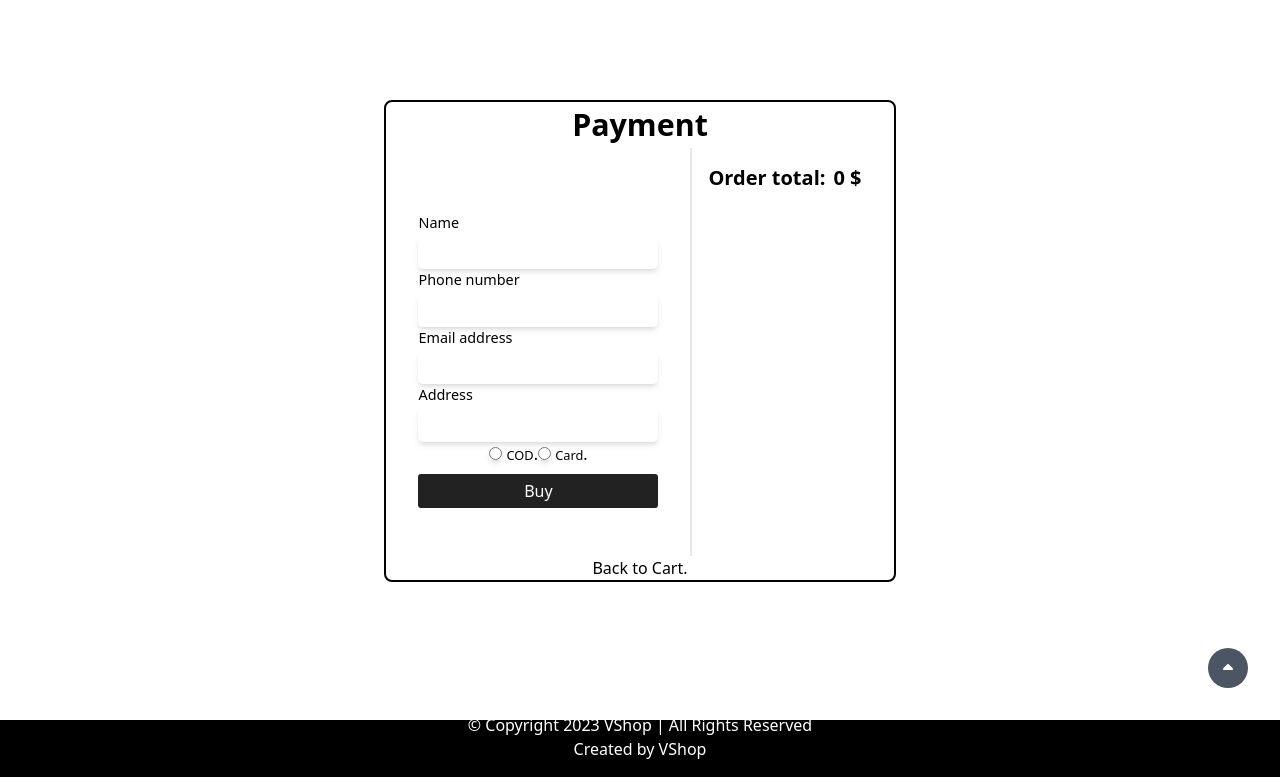
Repository: Kith933UTH/VSHOP
Page: /private/payment
The author's editor kept a copy of each file at every save. The page is drawn from the files as they stood at one save, then again after the next save.
The browser window is 1280 px wide. The pictures show the whole page.
Pictures or frames that could not be fetched are drawn as grey boxes. The project was rebuilt for these pictures with package versions that can differ from the ones it lists, and the page was loaded fresh each time. Also part of the build but not shown: src/components/product-item/ProductItem.js, src/components/loader/Loader.js, src/constants/constants.js, src/components/product-filters/Category.js, src/components/product-filters/Price.js, src/components/product-filters/Rating.js, src/components/product-filters/ProductFilters.js, src/components/cart-shopping/CartEmpty.js and 20 more.

Above is the page before, as saved 2023-08-04 22:23:00.

### public/index.html
<!DOCTYPE html>
<html lang="en">
  <head>
    <meta charset="utf-8" />
    <link rel="icon" href="./logo.png" />
    <meta name="viewport" content="width=device-width, initial-scale=1" />
    <meta name="theme-color" content="#000000" />
    <meta
      name="description"
      content="Web site created using create-react-app"
    />
    <link rel="apple-touch-icon" href="%PUBLIC_URL%/logo192.png" />
    <!--
      manifest.json provides metadata used when your web app is installed on a
      user's mobile device or desktop. See https://developers.google.com/web/fundamentals/web-app-manifest/
    -->
    <link rel="manifest" href="%PUBLIC_URL%/manifest.json" />
    <!--
      Notice the use of %PUBLIC_URL% in the tags above.
      It will be replaced with the URL of the `public` folder during the build.
      Only files inside the `public` folder can be referenced from the HTML.

      Unlike "/favicon.ico" or "favicon.ico", "%PUBLIC_URL%/favicon.ico" will
      work correctly both with client-side routing and a non-root public URL.
      Learn how to configure a non-root public URL by running `npm run build`.
    -->
    <title>VShop</title>
  </head>
  <body>
    <noscript>You need to enable JavaScript to run this app.</noscript>
    <div id="root"></div>
  </body>
</html>

### src/index.js
import React from 'react'
import ReactDOM from 'react-dom/client'
import App from './App'
import {Provider} from "react-redux"
import {BrowserRouter} from "react-router-dom"
import {store} from "./redux"
import './index.css'

const root = ReactDOM.createRoot(document.getElementById('root'))
root.render(
    <Provider store={store}>
        <BrowserRouter>
            <App />
        </BrowserRouter>
    </Provider>
)

### src/redux/index.js
import {configureStore} from "@reduxjs/toolkit"
import {productsApi} from "./products/products.api"
import {productReducer} from "./products/products.slice"
import {setupListeners} from "@reduxjs/toolkit/query"

export const store = configureStore({
    reducer: {
        [productsApi.reducerPath]: productsApi.reducer,
        product: productReducer
    },
    middleware: getDefaultMiddleware => getDefaultMiddleware().concat(productsApi.middleware)
})

setupListeners(store.dispatch)

### src/index.css
@tailwind base;
@tailwind components;
@tailwind utilities;

@layer utilities {
    input[type="number"]::-webkit-inner-spin-button,
    input[type="number"]::-webkit-outer-spin-button {
        @apply appearance-none;
    }
}

html, body {
    width: 100%;
    height: 100%;
}

body::-webkit-scrollbar,
.box-item::-webkit-scrollbar,
.search-box::-webkit-scrollbar{
    width: 8px;
}

main {
    display: flex;
    flex-direction: column;
    height: 100%;
}

body::-webkit-scrollbar-thumb,
.box-item::-webkit-scrollbar-thumb,
.search-box::-webkit-scrollbar-thumb{
    background-color: #ccc;
    border-radius: 20px;
}

#root {
    height: 100%;
}

body {
    overflow: hidden;
}

.productItem:hover {
    transition: opacity .3s linear;
    opacity: .5;
}

.box-item {
    height: 320px;
    overflow-y: scroll;
}

/* Loader */
.loader-box {
    width: 100px;
    height: 100px;
    display: flex;
    justify-content: center;
    align-items: center;
    margin: 50px auto 0;
}

.loader{
    position: relative;
    width: 70px;
    height: 70px;
}

.loader span {
    position: absolute;
    top:0;
    left: 0;
    width: 100%;
    height: 100%;
    transform: rotate(calc(18deg * var(--i)));
}

.loader span::before {
    content:'';
    position: absolute;
    top: 0;
    left: 0;
    width: 10px;
    height: 10px;
    background: #000;
    border-radius: 50%;
    transform: scale(0);
    animation: animate 2s linear infinite;
    animation-delay: calc(0.1s * var(--i));
}
@keyframes animate {
    0%{
        transform: scale(0);
    }
    10%{
        transform: scale(1.2);
    }
    80%,100%{
        transform: scale(0);
    }
}

### src/context/context.js
import {createContext} from "react"

export const Context = createContext()

### src/components/footer/Footer.js
import React from "react"
import { Contact } from "../contact/Contact"
import { Policy } from "../policy/Policy"
export function Footer() {
    return (
        <footer className='bg-black text-white in-h-fit'>
            {/* <div className='max-w-[1240px] mx-auto py-2 text-sm sm:text-base'>
                <div className='flex justify-center'>
                    <a href='https://github.com/VolodymyrGoshko/react-shop'
                       target='_blank'
                       rel="noreferrer"
                       className='capitalize border-b mb-3 text-base hover:text-gray-300 transition'
                    >
                        view source code on github
                    </a>
                </div>
                <div className='flex justify-center flex-col items-center'>
                    <p className='text-center'>© Copyright 2022 React Shop | All Rights Reserved</p>
                    <a href='https://www.linkedin.com/in/volodymyr-goshko-656ab920b/'
                       target="_blank"
                       rel="noreferrer"
                       className='hover:text-gray-300 transition'
                    >
                        Created by Volodymyr Goshko
                    </a>
                </div>
            </div> */}
            <Contact />
            <Policy />
            <div className='flex justify-center flex-col items-center my-4'>
                    <p className='text-center'>© Copyright 2023 VShop | All Rights Reserved</p>
                    <a href='#' className='hover:text-gray-300 transition' >
                        Created by VShop
                    </a>
                </div>
        </footer>
    )
}

### src/components/btn-scroll/BtnScroll.js
import React from "react"
import {FontAwesomeIcon} from "@fortawesome/react-fontawesome"
import {faCaretUp} from "@fortawesome/free-solid-svg-icons"

export function BtnScroll() {
    const topClick = () => {
        const body = document.querySelector('body').getBoundingClientRect().top + window.scrollY
        window.scroll({
            top: body,
            behavior: 'smooth'
        })
    }

    return (
        <button
            className='fixed bottom-8 right-4 bg-gray-600 text-white rounded-full w-[30px] h-[30px] md:w-[40px] md:h-[40px] md:right-8 md:bottom-8 z-20 shadow-gray-600'
            onClick={topClick}
        >
            <FontAwesomeIcon icon={faCaretUp}/>
        </button>
    )
}

### src/components/payment/Payment.js
import React from "react"
import { useState } from "react"
import {useDispatch, useSelector} from "react-redux"
import { Link } from "react-router-dom"
import { CartItemPayment } from "./CartItemPayment"
import './index.css'
export function Payment({login}) {
    const [cardPay, setCardPay] = useState(false)
    const {cart, btnCart} = useSelector(state => state.product)
    const totalPrice = () => {
        let price = 0
        cart.forEach(item => price += item.price * item.quantity)
        return Math.round(price * 0.9 * 100) / 100
    }
    return (
        <div className="payment-page text-center m-5-auto flex justify-center">
            <div className="border-2 rounded-lg border-black w-max h-fit">
            <h2>Payment</h2>
            <div className="flex flex-row justify-center">
                <form className="border-none bg-none m-0" action="/success">
                    <p>
                        <label>Name</label><br/>
                        <input className='shadow-md' type="text" name="name" required />
                    </p>
                    <p>
                        <label>Phone number</label><br/>
                        <input className='shadow-md' type="tel" name="tel" required />
                    </p>
                    <p>
                        <label>Email address</label><br/>
                        <input className='shadow-md' type="email" name="email" required />
                    </p>
                    <p>
                        <label>Address</label><br/>
                        <input className='shadow-md'  type="text" name="address" required />
                    </p>
                    <p className='mb-2'>
                        <input className='shadow-md' type="radio" name="checkbox" /> <span>COD</span>.
                        <input className='shadow-md' type="radio" name="checkbox" /> <span>Card</span>.
                    </p>
                    <p>
                        <button id="sub_btn" type="submit">Buy</button>
                    </p>
                </form>
                <div className={`border-l-2 px-4 ${cart.length > 2 ? 'box-item' : ''}`}>
                    {cart.map(item => <CartItemPayment key={item.id} item={item}/>)}
                    <div className='flex justify-center sm:justify-end pt-4'>
                        <div className='w-fit rounded-xl flex flex-col justify-between items-center sm:flex-row'>
                            <div className='mr-0 sm:mr-4 font-semibold'>
                                <span className='mr-2 text-base sm:text-xl'>Order total:</span>
                                <span className='text-base sm:text-xl'>{totalPrice()} $</span>
                            </div>
                        </div>
                    </div>
                </div>
            </div>
            <footer>
                <p><Link to="/">Back to Cart</Link>.</p>
            </footer>
            </div>
        </div>
    )
}

### src/redux/products/products.api.js
import {createApi, fetchBaseQuery} from "@reduxjs/toolkit/query/react"

export const productsApi = createApi({
    reducerPath: 'products/api',
    baseQuery: fetchBaseQuery({
        baseUrl: 'https://fakestoreapi.com'
    }),
    // refetchOnFocus: true,
    endpoints: build => ({
        getProductsAll: build.query({
            query:() => ({
                url: '/products'
            })
        }),
        getProductById: build.query({
            query:(id) => ({
                url: `/products/${id}`
            })
        }),
        getProductByCategory: build.query({
            query:(category) => ({
                url: `/products/category/${category}`
            })
        })
    })
})

export const {
    useGetProductsAllQuery,
    useGetProductByIdQuery,
    useGetProductByCategoryQuery
} = productsApi

### src/components/policy/Policy.js
import React from "react"
import { Link } from "react-router-dom"
export function Policy() {
    return (
        <div className='text-white in-h-fit max-w-[1240px] mx-auto py-2 text-sm sm:text-base flex justify-around items-cente'>
            <Link className='text-lg font-medium text-center' to='/return-policy'>
                RETURN POLICIES
            </Link>
            <Link className='text-lg font-medium text-center' to='/warranty-policy'>
                WARRANTY POLICIES
            </Link>
            <Link className='text-lg font-medium text-center' to='/shipping-policy'>
                SHIPPING POLICIES
            </Link>
        </div>
    )
}

### src/components/login/index.css
/* .m-5-auto {
    margin: 5rem auto
} */

.primary-button {
    margin-top: 5rem;
    margin-right: 1rem;
    padding: .6rem;
    width: 10rem;
    background: #222;
    border: none;
    color: #fff;
    font-size: 1.2rem;
    transition: all .5s;
    cursor: pointer;
    text-transform: capitalize
}

/***    Landing Page     ***/
.main-title,
.main-para {
    color: #f1f1f1
}

.main-title {
    padding-top: 10rem;
    font-size: 5rem;
    font-family: 'Fascinate', cursive;
    text-transform: uppercase
}

.main-para {
    font-size: 2.5rem;
    text-Transform: capitalize
}

#reg_btn span {
    display: inline-block;
    position: relative;
    transition: 0.5s;
}

#reg_btn span:after {
    content: '\00bb';
    position: absolute;
    opacity: 0;
    top: 0;
    right: -20px;
    transition: 0.5s;
}

#reg_btn:hover span {
  padding-right: 25px;
}

#reg_btn:hover span:after {
  opacity: 1;
  right: 0;
}

/***    Login Page     ***/
.login-page h2 {
    font-weight: 700;
    font-size: 1.9rem;
}
.login-page {
    position: fixed;
    top: 0;
    left: 0;
    right: 0;
    bottom: 0;
    z-index: 10;
    background-color: white;
    padding-top: 100px;
}

.login-page form {
    display: inline-block;
    background: #f3f3f3;
    border: 1px solid #ddd;
    border-radius: 2px;
    padding: 2rem;
    margin: 2rem 0 1rem 0
}

.login-page form label {
    float: left;
    font-size: .9rem;
    margin: 0;
    padding: 0
}

.right-label {
    float: right;
    cursor: pointer
}

.login-page input {
    width: 15rem;
    padding: .3rem;
    border-radius: 5px;
    outline: none;
    border: none
}

#sub_btn {
    display: block;
    width: 100%;
    padding: .3rem;
    border: none;
    background: #222;
    color: #fff;
    border-radius: 3px;
}

#sub_btn:hover {
    background: #333;
    transition: all .5s
}

/* footer p {
    margin: 0;
    font-size: .9rem
} */

/***    Register Page     ***/
#checkbox {
    width: 1rem
}

form span {
    font-size: .8rem
}

#reset_pass_lbl {
    float: left
}

/***    Home Page     ***/
.home-page-title {
    color: #222
}


.register-page input {
    width: 15rem;
    padding: .3rem;
    border-radius: 5px;
    outline: none;
    border: none
}

.register-page h2 {
    font-weight: 700;
    font-size: 1.9rem;
}
.register-page {
    position: fixed;
    top: 0;
    left: 0;
    right: 0;
    bottom: 0;
    z-index: 10;
    background-color: white;
    padding-top: 100px;
}

.register-page form {
    display: inline-block;
    background: #f3f3f3;
    border: 1px solid #ddd;
    border-radius: 2px;
    padding: 2rem;
    margin: 2rem 0 1rem 0
}

.register-page form label {
    float: left;
    font-size: .9rem;
    margin: 0;
    padding: 0
}

### src/components/payment/index.css
.payment-page input:not(.payment-page input[type=radio]){
    width: 15rem;
    padding: .3rem;
    border-radius: 5px;
    outline: none;
    border: none
}

.payment-page h2 {
    font-weight: 700;
    font-size: 1.9rem;
}
.payment-page {
    position: fixed;
    top: 0;
    left: 0;
    right: 0;
    bottom: 0;
    z-index: 10;
    background-color: white;
    padding-top: 100px;
}

.payment-page form {
    display: inline-block;
    padding: 2rem;
    margin: 2rem 0 1rem 0
}

.payment-page form label {
    float: left;
    font-size: .9rem;
    margin: 0;
    padding: 0
}

### src/components/contact/index.css
.contact-section {
    /* height: 96vh; */
    width: 100%;
    border-bottom: 1px solid #999;
}

.form-area {
    position: relative;
    /* height:84vh; */
    width: 100%;
    background: black;
    -webkit-box-sizing: border-box;
    box-sizing: border-box;
}

.form-area .form-wrap {
    /* position: absolute; */
    /* left: 50%;
    -webkit-transform: translateX(-50%);
    -ms-transform: translateX(-50%);
    transform: translateX(-50%); */
    width: 1120px;
    background-color: white;
    background-size: cover;
    background-position: center;
    border-radius: 0.2rem;
    -webkit-box-sizing: border-box;
    box-sizing: border-box;
    -webkit-box-shadow: 0 0 0.4rem 0 #999;
    box-shadow: 0 0 0.4rem 0 #999;
}

.form-wrap .title {
    padding-top: 2.4rem;
    width: 100%;
    -webkit-box-sizing: border-box;
    box-sizing: border-box;
}

.form-wrap .title h1 {
    color: black;
    font-size: 2.6rem;
    text-align: center;
}

.form-wrap .contact-area {
    padding-top: 3rem;
    display: -webkit-box;
    display: -ms-flexbox;
    display: flex;
    width: 100%;
    height: auto;
    -webkit-box-sizing: border-box;
    box-sizing: border-box;
}

.contact-area .contact-info {
    display: flex;
    flex-direction: column;
    justify-content: center;
    align-items: center;
    width: 35%;
    height: 100%;
    margin-left: 6rem;
}

.contact-info>div {
    margin-bottom: 1rem;
    display: -webkit-box;
    display: -ms-flexbox;
    display: flex;
    -webkit-box-align: center;
    -ms-flex-align: center;
    align-items: center;
}

.contact-info>div>p {
    color: #333;
    font-size: 1.4rem;
    font-weight: 500;
    text-align: center;
}

.contact-info>div>span {
    color: #61790a;
    font-size: 2rem;
    margin-right: 0.8rem;
}

.contact-area .contact-form {
    display: -webkit-box;
    display: -ms-flexbox;
    display: flex;
    -webkit-box-orient: vertical;
    -webkit-box-direction: normal;
    -ms-flex-direction: column;
    flex-direction: column;
    width: 60%;
    height: auto;
    padding: 0 3rem;
    -webkit-box-sizing: border-box;
    box-sizing: border-box;
}

.contact-form .name-field {
    display: -webkit-box;
    display: -ms-flexbox;
    display: flex;
    -webkit-box-pack: justify;
    -ms-flex-pack: justify;
    justify-content: space-between;
}

.name-field .input-area {
    width: 48%;
}

.contact-form .input-area {
    position: relative;
    margin-bottom: 2rem;
}

.input-area input {
    height: 3rem;
    width: 100%;
    color: #333;
    font-size: 1.2rem;
    border: 2px solid #fff;
    border-radius: 0.2rem;
    /* background: #eff; */
    -webkit-box-shadow: 0 0 0.1rem #666;
    box-shadow: 0 0 0.1rem #666;
    outline: none;
    padding: 0 1rem;
    -webkit-box-sizing: border-box;
    box-sizing: border-box;
    -webkit-transition: all 0.3s ease;
    -o-transition: all 0.3s ease;
    transition: all 0.3s ease;
}

.input-area label {
    position: absolute;
    top: 50%;
    left: 1rem;
    -webkit-transform: translateY(-50%);
    -ms-transform: translateY(-50%);
    transform: translateY(-50%);
    color: #333;
    font-size: 1.2rem;
    font-weight: 500;
    -webkit-transition: all 0.3s ease;
    -o-transition: all 0.3s ease;
    transition: all 0.3s ease;
}

.input-area input:focus~label,
.input-area input:valid~label {
    top: -0.8rem;
    left: 0;
    color: #fff;
    background: #111;
    border-radius: 5px;
    padding: 0.2rem;
    font-size: 1rem;
}

.contact-form .message-area {
    position: relative;
    -webkit-box-flex: 1;
    -ms-flex: 1 1 auto;
    flex: 1 1 auto;
    height: 200px;
    width: 100%;
}

.message-area textarea {
    height: 100%;
    width: 100%;
    border: 2px solid #fff;
    outline: none;
    font-size: 1.2rem;
    padding: 1rem;
    color: #333;
    -webkit-box-sizing: border-box;
    box-sizing: border-box;
    -webkit-box-shadow: 0 0 0.1rem #666;
    box-shadow: 0 0 0.1rem #666;
    border-radius: 0.2rem;
    resize: vertical;
    -webkit-transition: all 0.3s ease;
    -o-transition: all 0.3s ease;
    transition: all 0.3s ease;
}

.message-area label {
    position: absolute;
    color: #333;
    font-weight: 500;
    font-size: 1.2rem;
    top: 1rem;
    left: 1rem;
    -webkit-transition: all 0.3s ease;
    -o-transition: all 0.3s ease;
    transition: all 0.3s ease;
}

.message-area textarea:focus~label,
.message-area textarea:valid~label {
    top: -1.6rem;
    left: 0;
    color: #fff;
    padding: 0.2rem;
    background: #111;
    font-size: 1rem;
}

.contact-form .btn {
    margin-top: 1.8rem;
}

.contact-form .btn button {
    height: 3.2rem;
    width: 8rem;
    border: none;
    outline: none;
    color: #fff;
    font-size: 1.2rem;
    background: black;
    border-radius: 0.1rem;
    cursor: pointer;
}

#contact.menu-active {
    padding-top: 2rem;
}

### src/components/contact/reponsive.css
@media screen and (min-width: 940px) and (max-width: 1360px) {
    /* .contact-section {
        height: 107vh;
    } */
    .form-area .form-wrap {
        width: 90%;
        height: 620px;
    }
}

@media screen and (max-width: 1040px) {
    .contact-area .contact-info {
        margin-left: 0;
        display: flex;
        flex-direction: column;
        justify-content: center;
        align-items: center;
    }

    .contact-area .contact-form {
        padding: 0 1.8rem;
    }

}



@media screen and (max-width: 940px) {
    /* .contact-section {
        height: 148vh;
    } */

    .form-area .form-wrap {
        padding-bottom: 3.6rem;
        width: 80%;
        height: auto;
    }

    .form-wrap .contact-area {
        -webkit-box-orient: vertical;
        -webkit-box-direction: normal;
        -ms-flex-direction: column;
        flex-direction: column;
        -webkit-box-pack: center;
        -ms-flex-pack: center;
        justify-content: center;
    }

    .contact-area .contact-info {
        width: 100%;
    }

    .contact-area .contact-form {
        width: 100%;
        padding: 1rem 4rem 0 4rem;
    }
}

/*
@media screen and (max-width: 836px) {
    .contact-section {
        min-height: 96vh;
    }
} */

@media screen and (max-width: 770px) {
    .contact-section {
        height: 1100px;
    }

    .form-area .form-wrap {
        width: 88%;
        height: auto;
    }
}

@media screen and (max-width: 680px) {
    .contact-section {
        height: 1100px;
    }


    .form-area .form-wrap {
        /* top: -82%; */
        width: 88%;
        height: auto;
    }

}


@media screen and (max-width: 490px) {
    .contact-section {
        height: 1100px;
    }

    .contact-area .contact-info {
        width: 88%;
        margin-left: 1.2rem;
    }

    .form-area .form-wrap {
        /* top: -82%; */
        width: 88%;
        height: auto;
    }

    .contact-info>div>p {
        font-size: 1.2rem;
    }

    .contact-area .contact-form {
        margin-top: 1.4rem;
        padding: 0 1.2rem;
    }

}

@media screen and (max-width: 390px) {
    .contact-section {
        height: 1130px;
    }

    .contact-area .contact-info {
        width: 80%;
        /* margin-left: 1.2rem; */
    }

    .form-area .form-wrap {
        width: 90%;
        height: auto;
    }

    .contact-info>div>p {
        font-size: 1.2rem;
    }

    .contact-area .contact-form {
        width: 100%;
        padding: 1rem 1rem 0 1rem;
    }
}


@media screen and (max-width: 340px) {
    .contact-section {
        height: 980px;
    }

    .form-area .form-wrap {
        top: -86%;
        width: 96%;
    }

    .contact-area  {
        width: 100%;
    }

    .contact-area .contact-info {
        width: 100%;
        margin-left: 1rem;
    }

    .form-wrap .title h1 {
        font-size: 2rem;
    }

    .contact-info>h2 {
        font-size: 1.6rem;
    }

    .contact-info>div>p {
        font-size: 1rem;
    }

    .contact-info>div>span {
        font-size: 1.2rem;
    }

    .input-area label {
        font-size: 1rem;
    }

    .message-area label {
        font-size: 1rem;
    }

}

Loaded but not shown: tailwind.config.js (common file); src/components/contact/Contact.js (66 lines, source omitted); src/App.js (46 lines, source omitted); src/redux/products/products.slice.js (60 lines, source omitted)

After the next save:
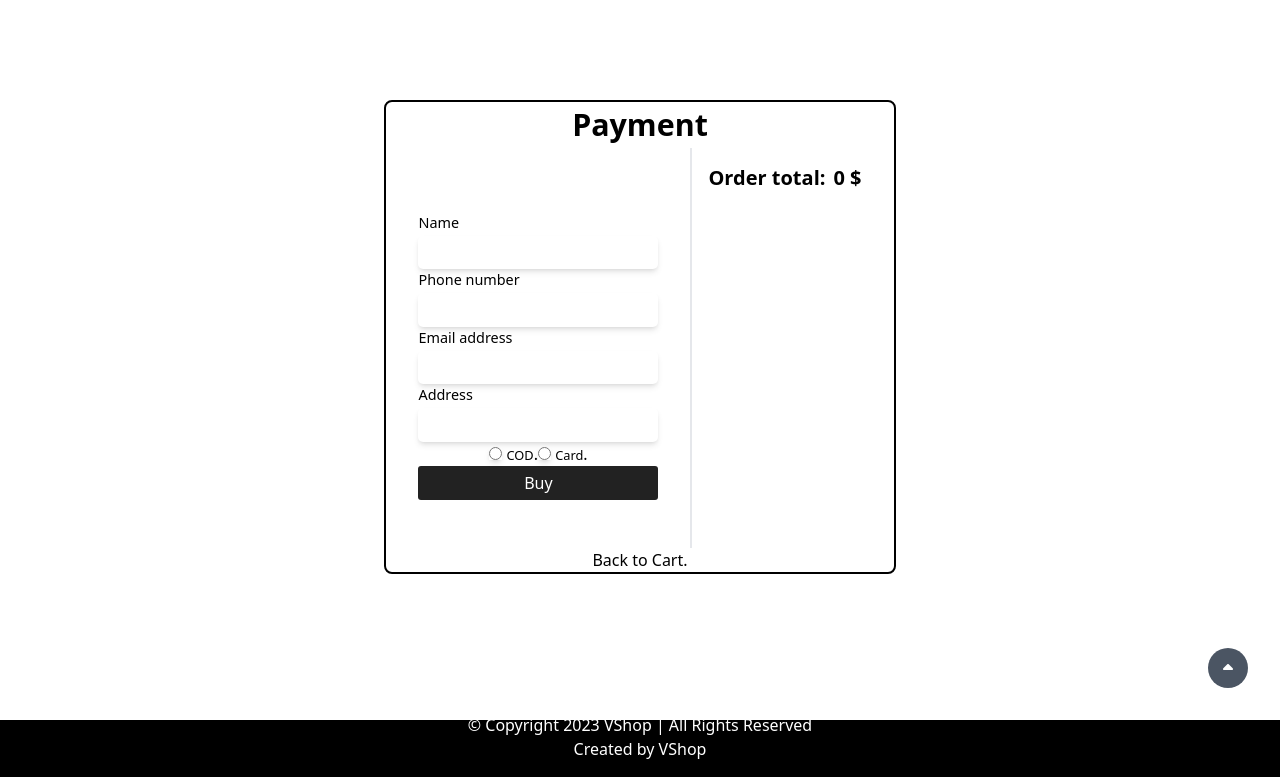
Saved 23 s later.
--- a/src/components/payment/Payment.js
+++ b/src/components/payment/Payment.js
@@ -34,7 +34,7 @@ export function Payment({login}) {
                         <label>Address</label><br/>
                         <input className='shadow-md'  type="text" name="address" required />
                     </p>
-                    <p className='mb-2'>
+                    <p className=''>
                         <input className='shadow-md' type="radio" name="checkbox" /> <span>COD</span>.
                         <input className='shadow-md' type="radio" name="checkbox" /> <span>Card</span>.
                     </p>
